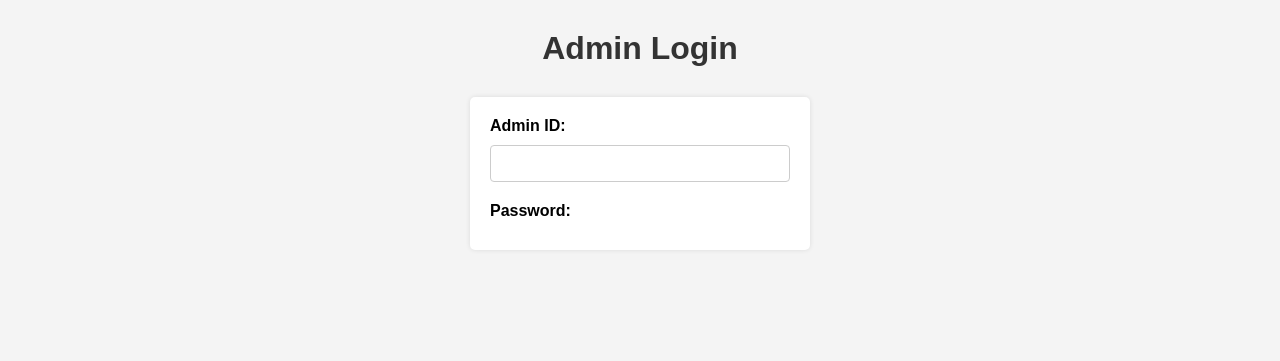
Repository: i-kemen/jsp
Page: WebTest/src/main/webapp/adminLogin.html
These files come from the project's save history. The page is drawn as it stood at one moment and after the next save; the edit follows.
The browser window is 1280 px wide. The pictures show the whole page.

Above is the page before, as saved 2023-06-26 09:23:57.

### WebTest/src/main/webapp/adminLogin.html
<!DOCTYPE html>
<html>
<head>
    <meta charset="UTF-8">
    <title>Admin Login</title>
    <style>
        body {
            font-family: Arial, sans-serif;
            background-color: #f4f4f4;
        }

        h1 {
            color: #333;
            text-align: center;
            margin-top: 30px;
        }

        form {
            max-width: 300px;
            margin: 30px auto;
            padding: 20px;
            background-color: #fff;
            border-radius: 5px;
            box-shadow: 0 0 5px rgba(0, 0, 0, 0.1);
        }

        label {
            display: block;
            margin-bottom: 10px;
            font-weight: bold;
        }

        input[type="text"],
        input[type="password"] {
            width: 100%;
            padding: 10px;
            margin-bottom: 20px;
            border: 1px solid #ccc;
            border-radius: 4px;
            box-sizing: border-box;
        }

        input[type="submit"] {
            width: 100%;
            padding: 10px;
            background-color: #4CAF50;
            color: #fff;
            border: none;
            border-radius: 4px;
            cursor: pointer;
            font-weight: bold;
        }

        input[type="submit"]:hover {
            background-color: #45a049;
        }
    </style>
</head>
<body>
    <h1>Admin Login</h1>
    <form method="post" action="AdminLoginOk">
        <label for="adminId">Admin ID:</label>
        <input type="text" id="adminId" name="adminId" required><br/>

        <label for="adminPassword">Password:</

After the next save:
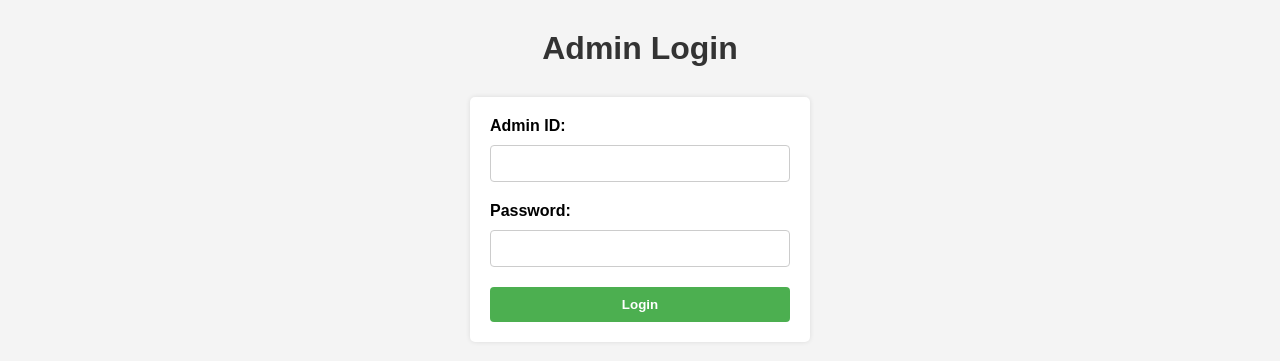
Saved 42 s later.
--- a/WebTest/src/main/webapp/adminLogin.html
+++ b/WebTest/src/main/webapp/adminLogin.html
@@ -62,4 +62,10 @@
         <label for="adminId">Admin ID:</label>
         <input type="text" id="adminId" name="adminId" required><br/>
 
-        <label for="adminPassword">Password:</
+        <label for="adminPassword">Password:</label>
+        <input type="password" id="adminPassword" name="adminPassword" required><br/>
+
+        <input type="submit" value="Login">
+    </form>
+</body>
+</html>
